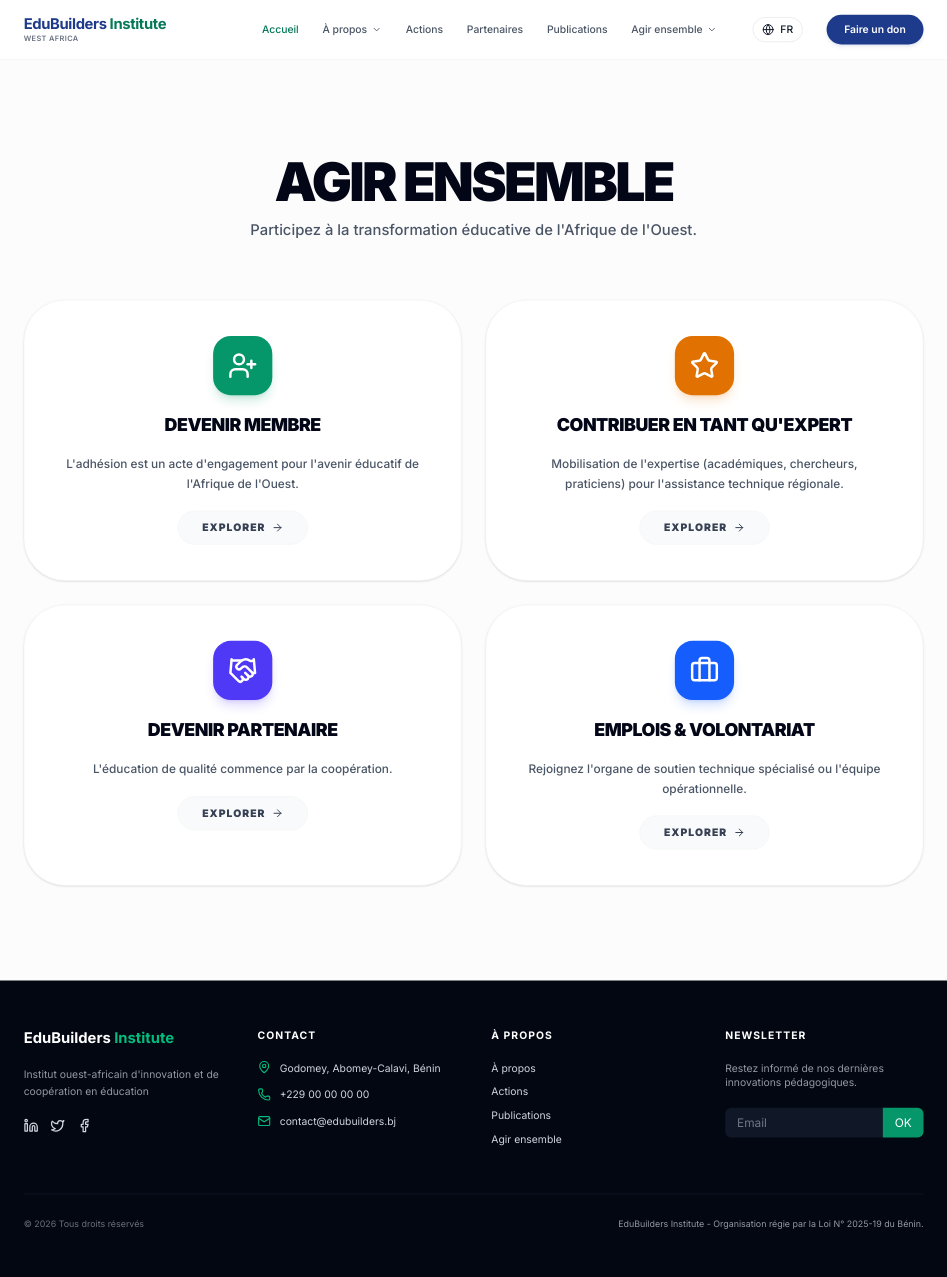
Repository: Julvano/edubuilders-website
Page: /fr/join
An editor plug-in stored every save of this project. The page is shown before and after the next save, followed by the edit.
The browser window is 1280 px wide. The pictures show the whole page, at 74% of full size.
Some web fonts or font styles are not loaded; a fallback is used. The project was rebuilt for these pictures with package versions that can differ from the ones it lists, and the page was loaded fresh each time. Also part of the build but not shown: vite.config.ts, src/translations.ts, src/pages/Home.tsx, src/pages/Actions.tsx, src/pages/Partners.tsx, src/pages/VisionMission.tsx, src/pages/Objectives.tsx, src/pages/Publications.tsx and 8 more.

Above is the page before, as saved 2026-04-28 15:33:53.

After the next save:
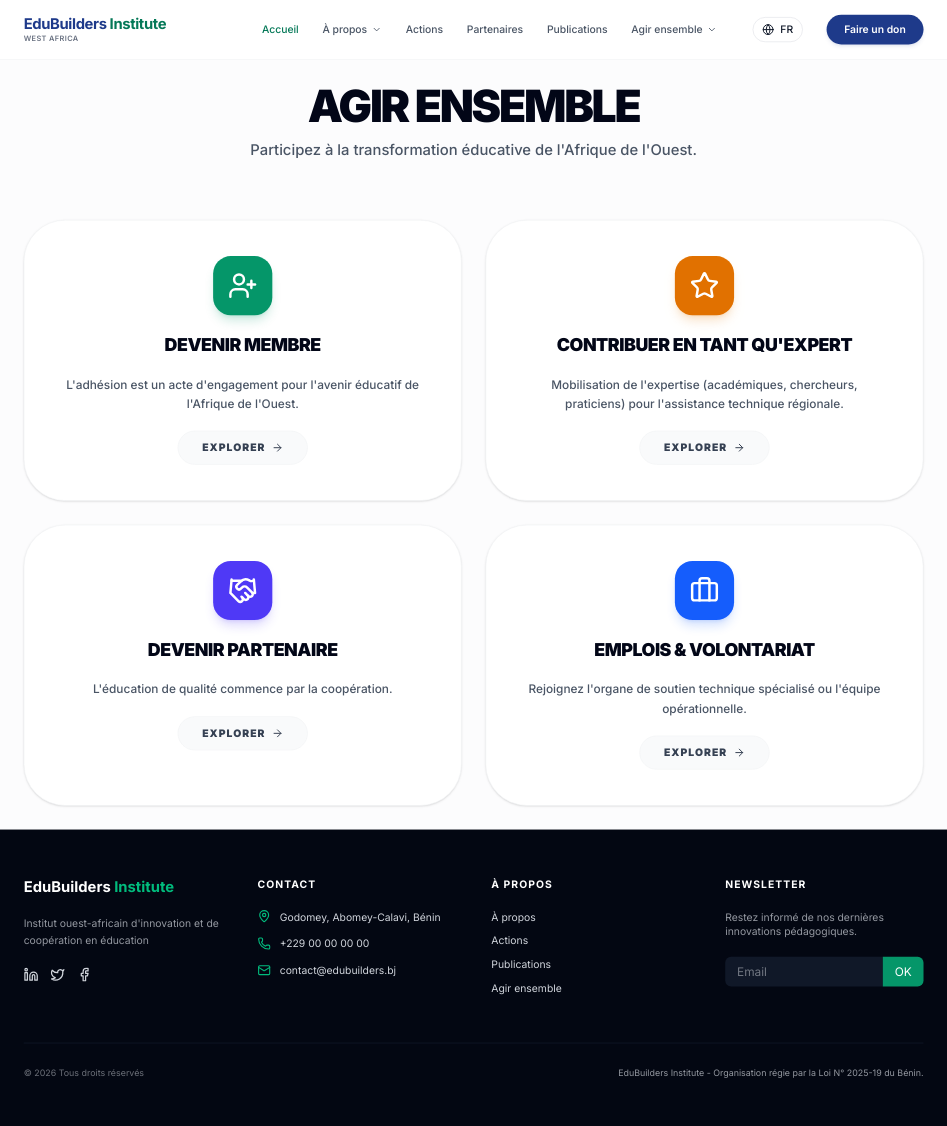
Saved 64 s later.
--- a/src/pages/Join.tsx
+++ b/src/pages/Join.tsx
@@ -40,10 +40,10 @@ const Join: React.FC = () => {
   ];
 
   return (
-    <div className="py-20 lg:py-32 bg-gray-50/50">
+    <div className="py-5 lg:py-8 bg-gray-50/50">
       <div className="max-w-7xl mx-auto px-4 sm:px-6 lg:px-8">
         <div className="text-center mb-20 space-y-4">
-          <h1 className="text-5xl lg:text-7xl font-black text-blue-950 uppercase tracking-tighter">
+          <h1 className="text-2xl sm:text-3xl md:text-4xl lg:text-6xl font-black text-blue-950 uppercase tracking-tighter">
             {content.nav.join}
           </h1>
           <p className="text-xl text-gray-600 max-w-2xl mx-auto font-medium">
